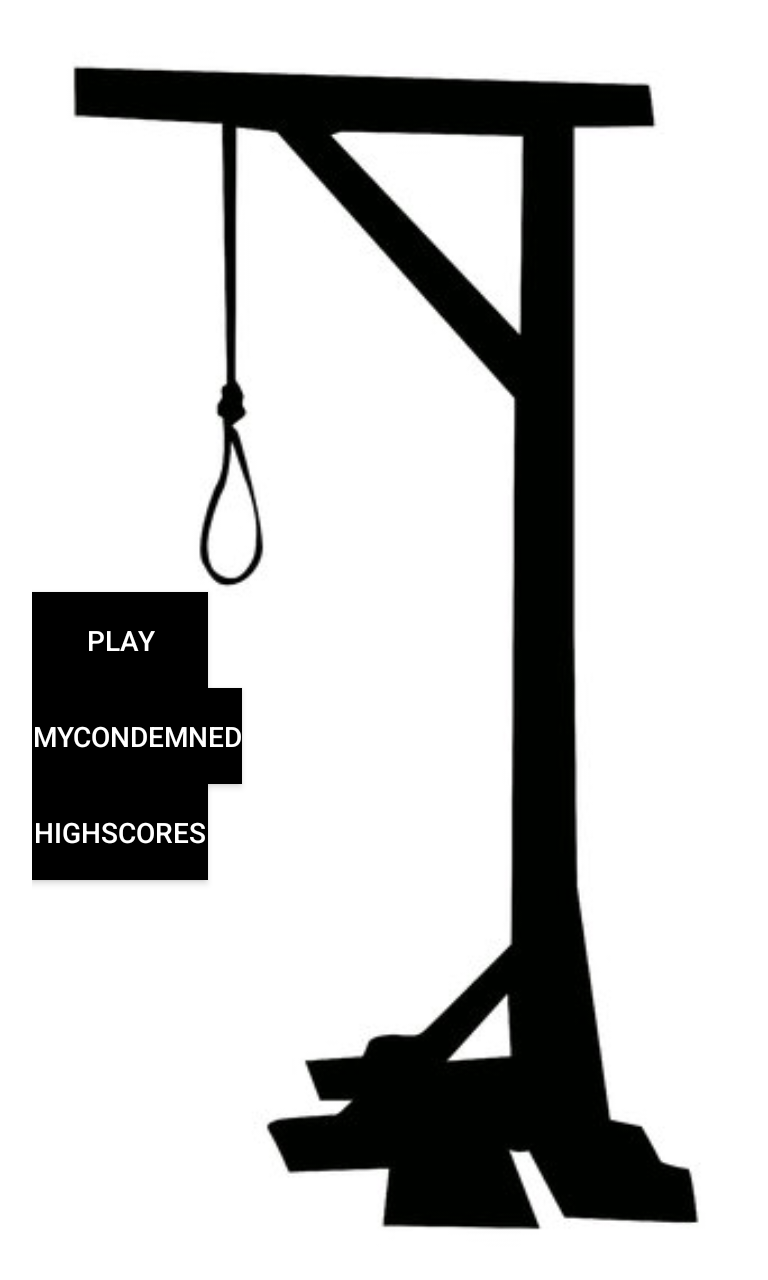
Repository: Sjaakja/hangman_app_studio
Layout: workspace/Hangman-TimeToSaveYourFriends/res/layout/fragment_main.xml
An editor plug-in stored every save of this project. The layout is shown before and after the next save, followed by the edit.
It is drawn on a 768 x 1280 px phone screen (xhdpi) without system bars, with theme AppTheme; the app's code is not run.

Above is the layout before, as saved 2014-06-09 14:52:50.

### workspace/Hangman-TimeToSaveYourFriends/res/layout/fragment_main.xml
<RelativeLayout xmlns:android="http://schemas.android.com/apk/res/android"
    xmlns:tools="http://schemas.android.com/tools"
    android:background="@drawable/gallow"
    android:layout_width="match_parent"
    android:layout_height="match_parent"
    android:paddingBottom="@dimen/activity_vertical_margin"
    android:paddingLeft="@dimen/activity_horizontal_margin"
    android:paddingRight="@dimen/activity_horizontal_margin"
    android:paddingTop="@dimen/activity_vertical_margin"
    tools:context="com.example.hangman_timetosaveyourfriends.MainActivity$PlaceholderFragment" >

    <Button
        android:id="@+id/button1"
        android:layout_width="wrap_content"
        android:layout_height="wrap_content"
        android:layout_alignParentLeft="true"
        android:layout_centerVertical="true"
        android:text="@string/title_activity_play"
        android:background="@color/black"
        android:textColor="@color/white" />

    <Button
        android:id="@+id/button3"
        android:layout_width="wrap_content"
        android:layout_height="wrap_content"
        android:layout_alignLeft="@+id/button2"
        android:layout_below="@+id/button2"
        android:text="@string/title_activity_highscores"
    	android:background="@color/black"
        android:textColor="@color/white" />

    <Button
        android:id="@+id/button2"
        android:layout_width="wrap_content"
        android:layout_height="wrap_content"
        android:layout_alignParentLeft="true"
        android:layout_below="@+id/button1"
        android:text="@string/title_activity_my_condemned"
        android:background="@color/black"
        android:textColor="@color/white" />

</RelativeLayout>

### workspace/Hangman-TimeToSaveYourFriends/res/values/strings.xml
<?xml version="1.0" encoding="utf-8"?>
<resources>

    <string name="app_name">Hangman - Time to save your friends</string>
    <string name="hello_world">Hello world!</string>
    <string name="action_settings">Settings</string>
    <string name="title_activity_play_settings">PlaySettings</string>
    <string name="title_activity_play">Play</string>
    <string name="title_activity_my_condemned">MyCondemned</string>
    <string name="title_activity_highscores">Highscores</string>

</resources>

### workspace/Hangman-TimeToSaveYourFriends/res/values/color.xml
<?xml version="1.0" encoding="utf-8"?>
<resources>

    <item name="black" type="color">#000000</item>
    <item name="white" type="color">#FFFFFF</item>

    <item name="blue" type="color">#FF33B5E5</item>
    <item name="purple" type="color">#FFAA66CC</item>
    <item name="green" type="color">#FF99CC00</item>
    <item name="orange" type="color">#FFFFBB33</item>
    <item name="red" type="color">#FFFF4444</item>
    <item name="darkblue" type="color">#FF0099CC</item>
    <item name="darkpurple" type="color">#FF9933CC</item>
    <item name="darkgreen" type="color">#FF669900</item>
    <item name="darkorange" type="color">#FFFF8800</item>
    <item name="darkred" type="color">#FFCC0000</item>


</resources>

Loaded but not shown: workspace/Hangman-TimeToSaveYourFriends/res/values/styles.xml (common file); workspace/Hangman-TimeToSaveYourFriends/res/values-v11/styles.xml (common file); workspace/Hangman-TimeToSaveYourFriends/res/values-v14/styles.xml (common file); workspace/Hangman-TimeToSaveYourFriends/res/values/dimens.xml (common file); workspace/Hangman-TimeToSaveYourFriends/res/values-w820dp/dimens.xml (common file)

After the next save:
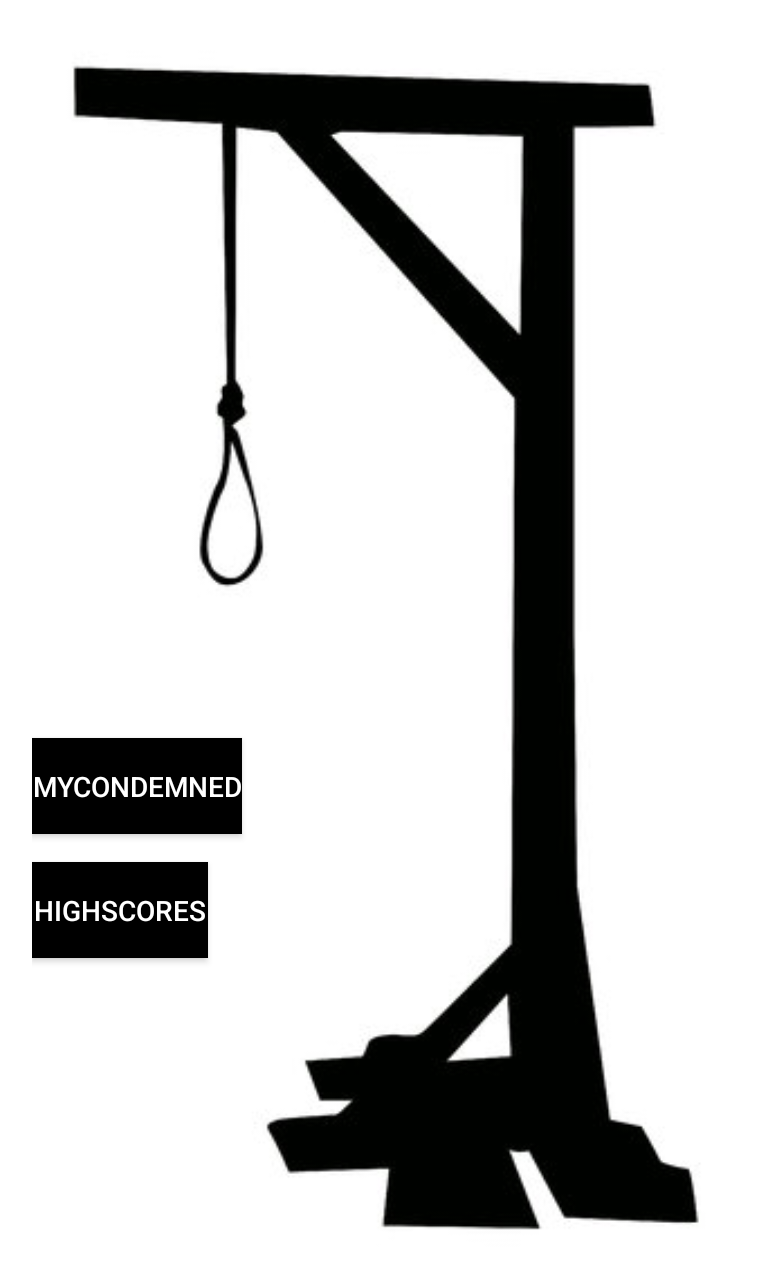
Saved 35 s later.
--- a/workspace/Hangman-TimeToSaveYourFriends/res/layout/fragment_main.xml
+++ b/workspace/Hangman-TimeToSaveYourFriends/res/layout/fragment_main.xml
@@ -11,7 +11,7 @@
 
     <Button
         android:id="@+id/button1"
-        android:layout_width="wrap_content"
+        android:layout_width="wrap_content + 1"
         android:layout_height="wrap_content"
         android:layout_alignParentLeft="true"
         android:layout_centerVertical="true"
@@ -25,18 +25,20 @@
         android:layout_height="wrap_content"
         android:layout_alignLeft="@+id/button2"
         android:layout_below="@+id/button2"
+        android:layout_marginTop="14dp"
+        android:background="@color/black"
         android:text="@string/title_activity_highscores"
-    	android:background="@color/black"
         android:textColor="@color/white" />
 
     <Button
         android:id="@+id/button2"
         android:layout_width="wrap_content"
         android:layout_height="wrap_content"
-        android:layout_alignParentLeft="true"
+        android:layout_alignLeft="@+id/button1"
         android:layout_below="@+id/button1"
+        android:layout_marginTop="15dp"
+        android:background="@color/black"
         android:text="@string/title_activity_my_condemned"
-        android:background="@color/black"
         android:textColor="@color/white" />
 
 </RelativeLayout>
